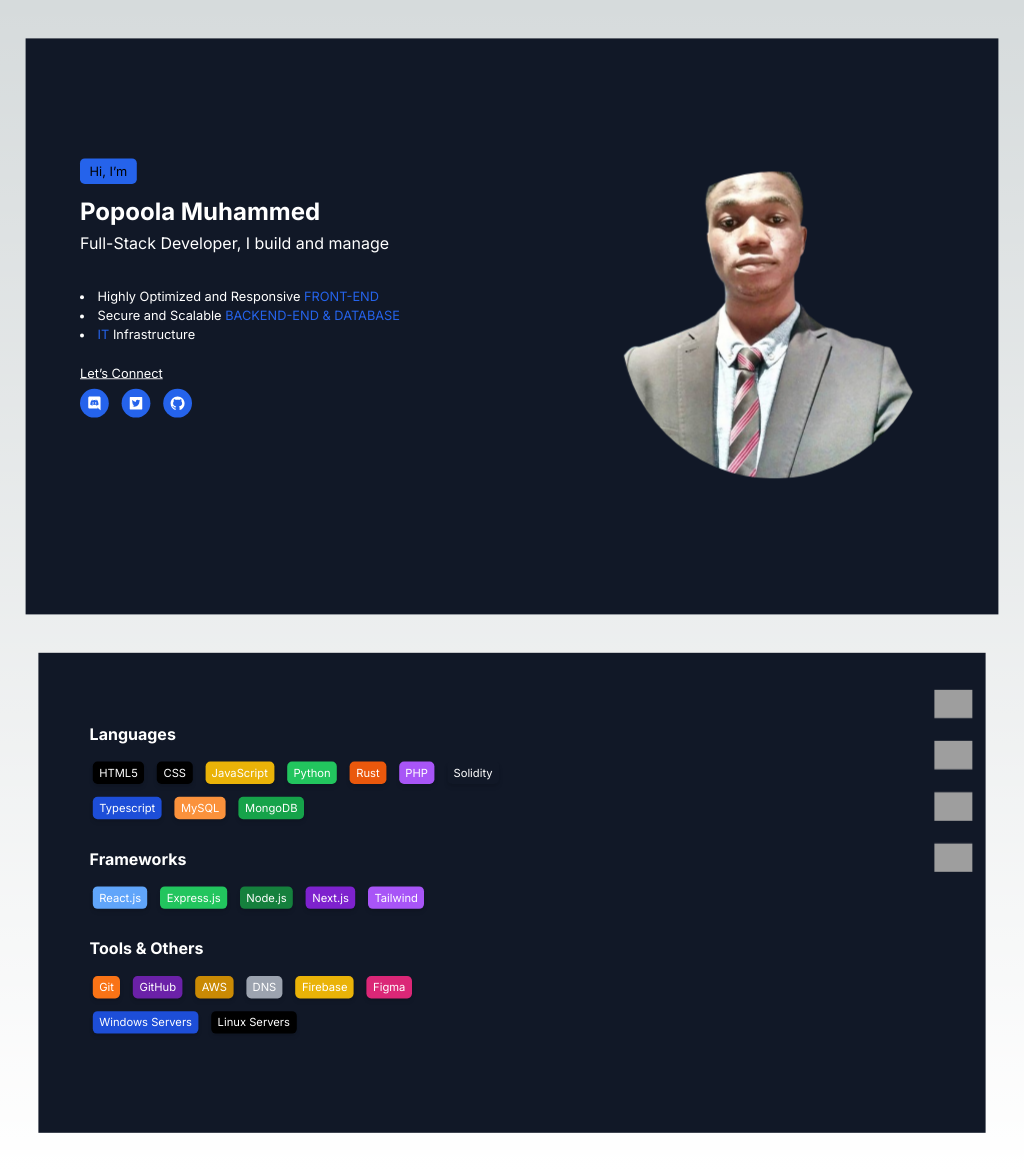
Repository: muhammedctgr/hammedctgr
Page: /
The author's editor kept a copy of each file at every save. The page is drawn from the files as they stood at one save, then again after the next save.
The browser window is 1280 px wide. The pictures show the whole page, at 80% of full size.
Pictures or frames that could not be fetched are drawn as grey boxes. The project was rebuilt for these pictures with package versions that can differ from the ones it lists, and the page was loaded fresh each time. The framework's server and built-in components were replaced by stand-ins that run in the browser. Also part of the build but not shown: next.config.mjs.

Above is the page before, as saved 2024-08-01 13:59:55.

### app/layout.tsx
import type { Metadata } from "next";
import { Inter } from "next/font/google";
import "./globals.css";

const inter = Inter({ subsets: ["latin"] });

export const metadata: Metadata = {
  title: "Popoola Muhammed",
  description: "Generated by create next app",
};

export default function RootLayout({
  children,
}: Readonly<{
  children: React.ReactNode;
}>) {
  return (
    <html lang="en">
      <body className={inter.className}>{children}</body>
    </html>
  );
}

### app/page.tsx
import Head from 'next/head';
import Hero from '../components/Hero';
import SkillsSection from '@/components/SkillsSection';


const Home = () => (
  <div>
    <Head>
      <title>Popoola Muhammed</title>
      <meta name="description" content="Welcome to my developer portfolio" />
    </Head>

    <Hero />
    <SkillsSection />
  </div>
);

export default Home;

### app/globals.css
@tailwind base;
@tailwind components;
@tailwind utilities;

:root {
  --foreground-rgb: 0, 0, 0;
  --background-start-rgb: 214, 219, 220;
  --background-end-rgb: 255, 255, 255;
}

@media (prefers-color-scheme: dark) {
  :root {
    --foreground-rgb: 255, 255, 255;
    --background-start-rgb: 0, 0, 0;
    --background-end-rgb: 0, 0, 0;
  }
}

body {
  color: rgb(var(--foreground-rgb));
  background: linear-gradient(
      to bottom,
      transparent,
      rgb(var(--background-end-rgb))
    )
    rgb(var(--background-start-rgb));
}

@layer utilities {
  .text-balance {
    text-wrap: balance;
  }
}


@keyframes upDown {
  0%, 100% {
    transform: translateY(0);
  }
  50% {
    transform: translateY(-10px); /* Adjust the value as needed */
  }
}

.animate-upDown {
  animation: upDown 2s infinite ease-in-out; /* Adjust duration as needed */
}

### components/Hero.tsx
import Image from 'next/image';
import profilePic from '../public/profile.png';
import { AiFillDiscord, AiFillGithub, AiFillTwitterSquare, AiFillX } from 'react-icons/ai';

const Hero = () => {
  return (
    <section className="bg-gray-900 m-12 mx-8  text-white min-h-screen flex items-center">
      <div className="container mx-auto flex flex-col md:flex-row items-center">
        <div className="flex-1 text-left md:text-left p-5 m-12 -mt-12">
          <div className="inline-block bg-blue-600 text-black py-1 px-3 mb-4 rounded-md">
            Hi, I’m
          </div>
          <div className="mb-10">
          <h1 className="text-4xl md:text-3xl font-bold">Popoola Muhammed</h1>
          <p className="mt-2  md:text-xl">Full-Stack Developer, I build and manage</p>
          </div>
          <ul className="mt-4 list-disc list-inside whitespace-nowrap">
            <li>Highly Optimized and Responsive <span className="text-blue-600">FRONT-END</span></li>
            <li>Secure and Scalable <span className="text-blue-600">BACKEND-END & DATABASE</span></li>
            <li><span className="text-blue-600">IT</span> Infrastructure</li>
          </ul>
          <div className="mt-6">
            <a href="#contact" className=" underline">Let’s Connect</a>
            <div className="mt-2 flex justify-center md:justify-start space-x-4">
              <a href="#" className="bg-blue-600 p-2 rounded-full">
                <AiFillDiscord size={20} />
              </a>
              <a href="#" className="bg-blue-600 p-2 rounded-full">
                <AiFillTwitterSquare size={20} />
              </a>
              <a href="#" className="bg-blue-600 p-2 rounded-full">
                <AiFillGithub size={20} />
              </a>
            </div>
          </div>
        </div>
        <div className="flex-1 p-5">
          <div className="relative w-48 h-48 mx-auto md:w-72 md:h-72 lg:w-96 lg:h-96">
            <Image src={profilePic} alt="Popoola Muhammed" layout="fill" className="rounded-full object-cover animate-upDown" />
          </div>
        </div>
      </div>
    </section>
  );
};

export default Hero;

### components/SkillsSection.tsx
import Image from 'next/image';
import { FC } from 'react';

interface SkillCategory {
  title: string;
  skills: { name: string; color: string; }[];
}

const skills: SkillCategory[] = [
  {
    title: "Languages",
    skills: [
      { name: "HTML5", color: "bg-black" },
      { name: "CSS", color: "bg-black"},
      { name: "JavaScript", color: "bg-yellow-500" },
      { name: "Python", color: "bg-green-500" },
      { name: "Rust", color: "bg-orange-600" },
      { name: "PHP", color: "bg-purple-500" },
      { name: "Solidity", color: "bg-black-500" },
      { name: "Typescript", color: "bg-blue-700" },
      { name: "MySQL", color: "bg-orange-400" },
      { name: "MongoDB", color: "bg-green-600" },
    ],
  },
  {
    title: "Frameworks",
    skills: [
      { name: "React.js", color: "bg-blue-400" },
      { name: "Express.js", color: "bg-green-500" },
      { name: "Node.js", color: "bg-green-700" },
      { name: "Next.js", color: "bg-purple-700" },
      { name: "Tailwind", color: "bg-purple-500" },
    ],
  },
  {
    title: "Tools & Others",
    skills: [
      { name: "Git", color: "bg-orange-500" },
      { name: "GitHub", color: "bg-purple-800" },
      { name: "AWS", color: "bg-yellow-600" },
      { name: "DNS", color: "bg-gray-400" },
      { name: "Firebase", color: "bg-yellow-500" },
      { name: "Figma", color: "bg-pink-600" },
      { name: "Windows Servers", color: "bg-blue-700" },
      { name: "Linux Servers", color: "bg-black" },
    ],
  },
];

const icons = [
  "/icons/html5.svg", // Replace with your icon paths
  "/icons/css3.svg",
  "/icons/javascript.svg",
  "/icons/python.svg",
  // Add the rest of the icons as needed
];

const SkillsSection: FC = () => {
  return (
    <section className="py-10 m-12 bg-gray-900 text-white">
      <div className="container mx-auto px-4 flex flex-col md:flex-row">
        <div className="flex-1 m-12">
          {skills.map((category) => (
            <div key={category.title} className="mb-8">
              <h2 className="text-xl font-bold mb-4">{category.title}</h2>
              <div className="flex flex-wrap gap-2">
                {category.skills.map((skill) => (
                  <span
                    key={skill.name}
                    className={`px-2 py-1 m-1 rounded-md text-sm ${skill.color} shadow-md`}
                  >
                    {skill.name}
                  </span>
                ))}
              </div>
            </div>
          ))}
        </div>
        <div className="flex-1 flex flex-col items-center md:items-end">
          <div className="grid grid-cols-3 md:grid-cols-1 gap-4">
            {icons.map((src, index) => (
              <div key={index} className="w-12 h-12 relative">
                <Image src={src} alt={`icon-${index}`} layout="fill" objectFit="contain" />
              </div>
            ))}
          </div>
        </div>
      </div>
    </section>
  );
};

export default SkillsSection;

Loaded but not shown: tailwind.config.ts (common file)

After the next save:
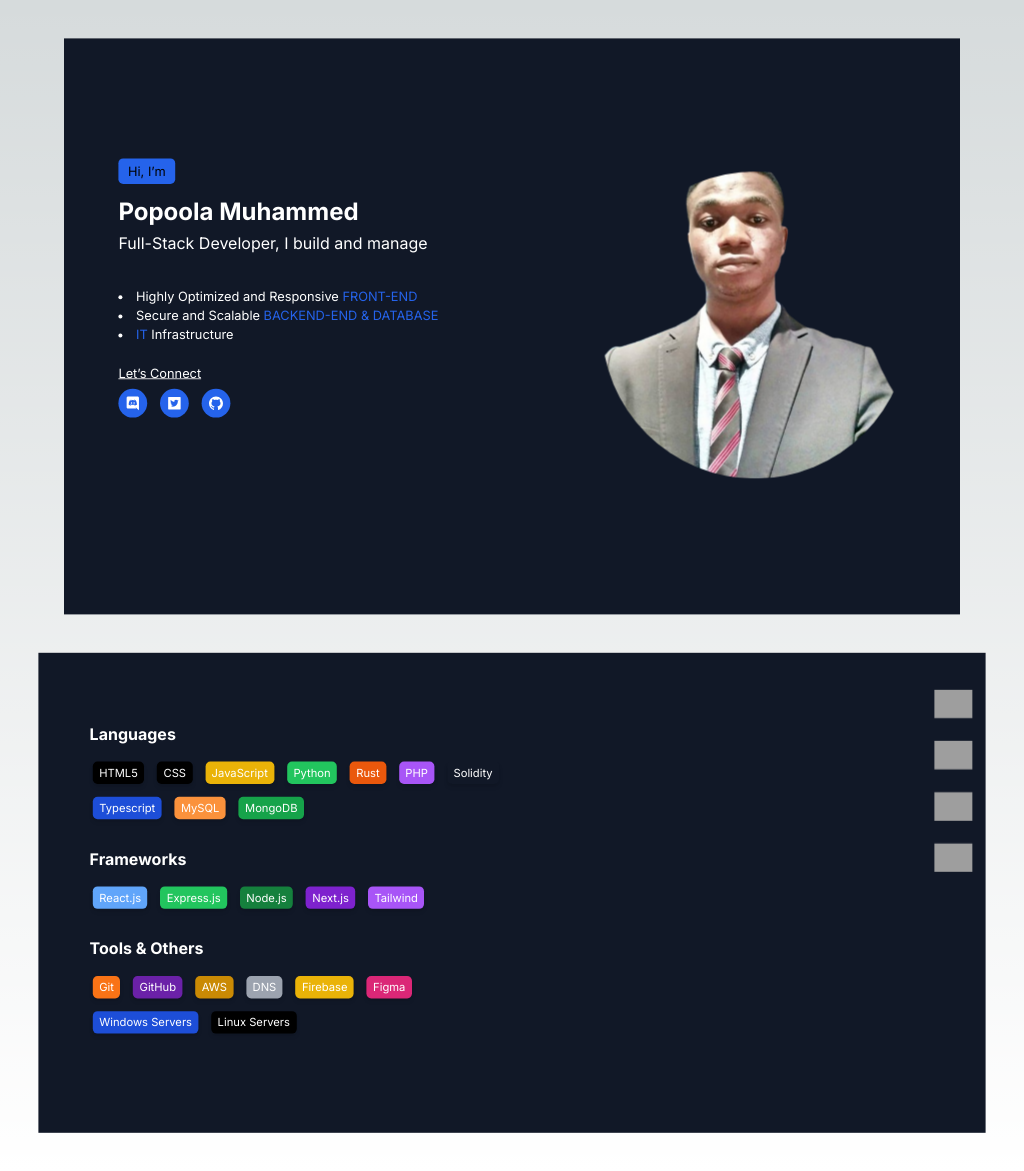
Saved 22 s later.
--- a/components/Hero.tsx
+++ b/components/Hero.tsx
@@ -4,7 +4,7 @@
 
 const Hero = () => {
   return (
-    <section className="bg-gray-900 m-12 mx-8  text-white min-h-screen flex items-center">
+    <section className="bg-gray-900 m-12 mx-20  text-white min-h-screen flex items-center">
       <div className="container mx-auto flex flex-col md:flex-row items-center">
         <div className="flex-1 text-left md:text-left p-5 m-12 -mt-12">
           <div className="inline-block bg-blue-600 text-black py-1 px-3 mb-4 rounded-md">

After the 2 saves that followed:
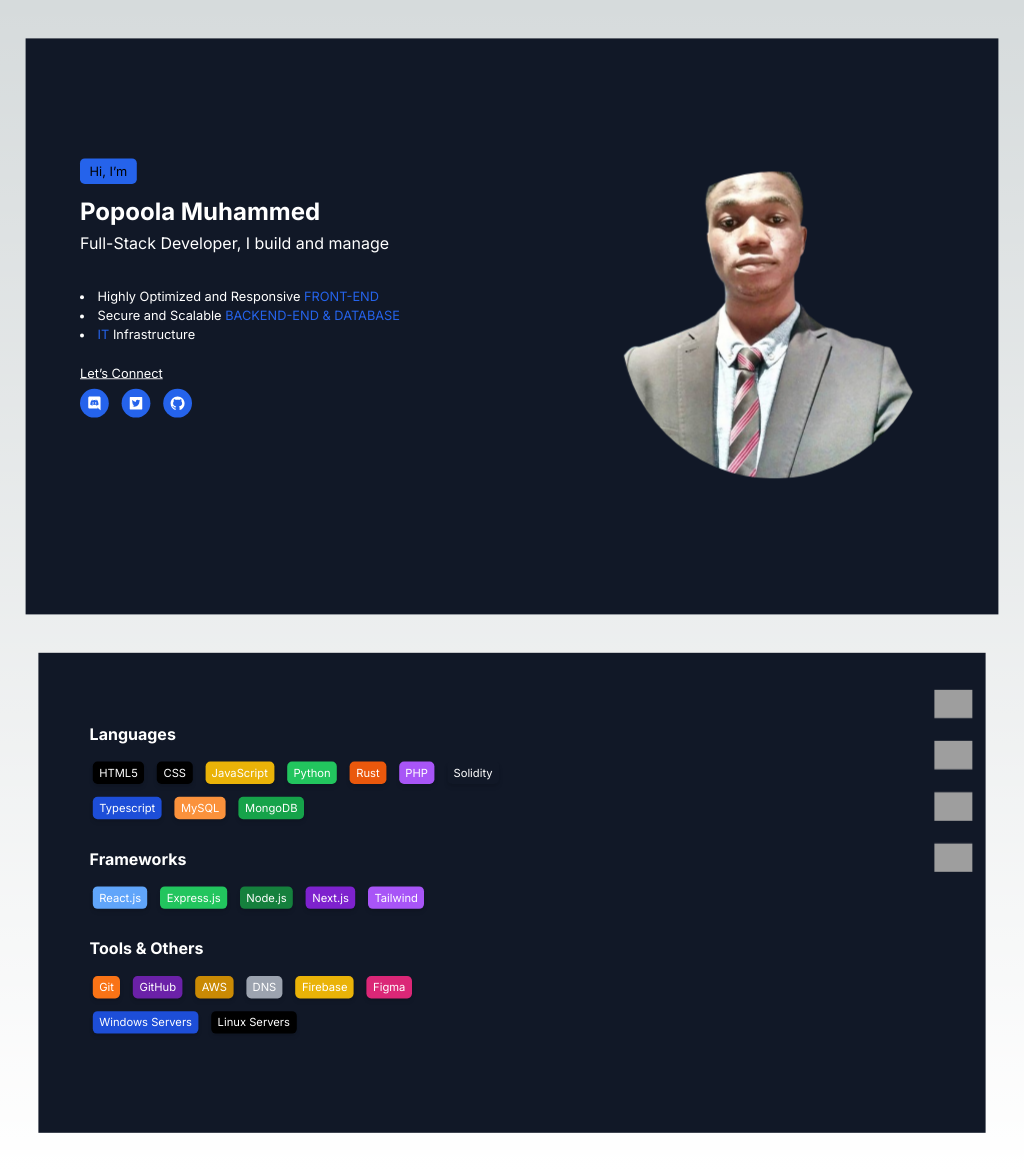
The 2 saves are shown as one change because they came seconds apart.
The last was saved 10 s later.
--- a/components/Hero.tsx
+++ b/components/Hero.tsx
@@ -4,7 +4,7 @@
 
 const Hero = () => {
   return (
-    <section className="bg-gray-900 m-12 mx-20  text-white min-h-screen flex items-center">
+    <section className="bg-gray-900 m-12 mx-8  text-white min-h-screen flex items-center">
       <div className="container mx-auto flex flex-col md:flex-row items-center">
         <div className="flex-1 text-left md:text-left p-5 m-12 -mt-12">
           <div className="inline-block bg-blue-600 text-black py-1 px-3 mb-4 rounded-md">
